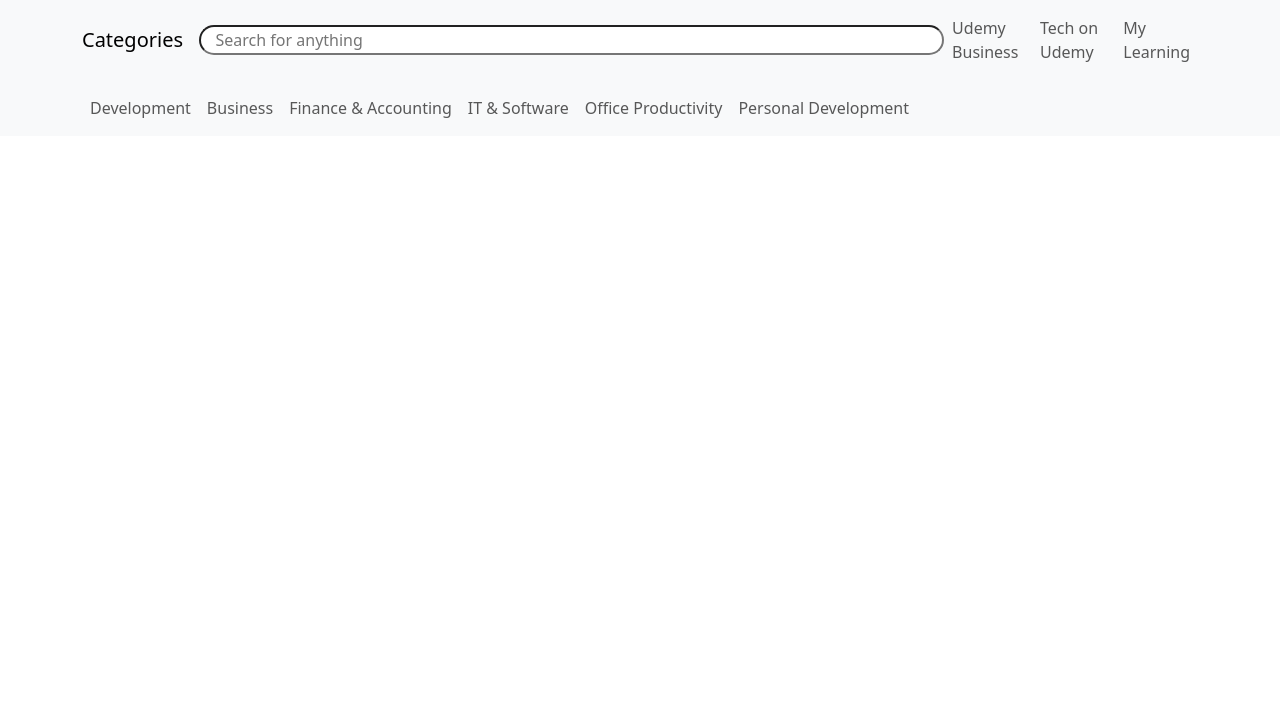
Repository: Taniafdes/newProject
Page: /
An editor plug-in stored every save of this project. The page is shown before and after the next save, followed by the edit.
The browser window is 1280 px wide. The pictures show the whole page.
The project was rebuilt for these pictures with package versions that can differ from the ones it lists, and the page was loaded fresh each time. The framework's server and built-in components were replaced by stand-ins that run in the browser. Also part of the build but not shown: next.config.js.

Above is the page before, as saved 2023-06-15 16:34:57.

### pages/_app.js
import Head from "next/head";
import Script from "next/script";
import 'bootstrap/dist/css/bootstrap.css'
import 'bootstrap/dist/css/bootstrap.min.css'
function MyApp({ Component, pageProps }) {
  return (
    <>
      <Head>
        <meta name="viewport" content="width=device-width, initial-scale=1" />
      </Head>

      <Script
        src="https://cdn.jsdelivr.net/npm/bootstrap@5.0.0-beta1/dist/js/bootstrap.bundle.min.js"
        integrity="sha384-ygbV9kiqUc6oa4msXn9868pTtWMgiQaeYH7/t7LECLbyPA2x65Kgf80OJFdroafW"
        crossOrigin="anonymous"
      />
      <Component {...pageProps} />
    </>
  );
}
export default MyApp;

### pages/index.js
import React from 'react'
import MyFirst from '../components/MyFirst'

const index = () => {
  return (
    <div>
    <MyFirst />
    </div>
  )
}

export default index

### components/MyFirst.js
import React from 'react'
import Home from '../pages/home/home'
import NavBarComponent from '../pages/home/navbar'

function MyFirst() {
  return (
    <div>
        <NavBarComponent />
    </div>
  )
}

export default MyFirst

### pages/home/navbar.js
import React from 'react'
import Container from 'react-bootstrap/Container';
import Nav from 'react-bootstrap/Nav';
import Navbar from 'react-bootstrap/Navbar';
// import Image from 'next/image';

const NavBarComponent = () => {
  return (
    <div>
    <Navbar bg="light" expand="lg">
      <Container>
       {/* <Image src="/public/images/udemy.jpg" /> */}
        <Navbar.Brand href="#home">Categories</Navbar.Brand>
        <input type="input" id="exampleInputEmail1"  placeholder="   Search for anything"  className='w-100 rounded rounded-5'/>
        <Navbar.Toggle aria-controls="basic-navbar-nav" />
        <Navbar.Collapse id="basic-navbar-nav">
          <Nav className="me-auto">
            <Nav.Link href="#home">Udemy Business</Nav.Link>
            <Nav.Link href="#link">Tech on Udemy</Nav.Link>
            <Nav.Link href="#link">My Learning</Nav.Link>
            <i class="bi bi-heart"></i>
          </Nav>
        </Navbar.Collapse>
      </Container>
    </Navbar>
    <Navbar bg="light" expand="lg">
      <Container>
      <Nav className='justify-content-center'>
            <Nav.Link href="#home">Development</Nav.Link>
            <Nav.Link href="#link">Business</Nav.Link>
            <Nav.Link href="#link">Finance & Accounting</Nav.Link>
            <Nav.Link href="#home">IT & Software</Nav.Link>
            <Nav.Link href="#link">Office Productivity</Nav.Link>
            <Nav.Link href="#link">Personal Development</Nav.Link>
            </Nav>
      </Container>
    </Navbar>
    </div>
  )

}
export default NavBarComponent

### pages/home/home.js
import { Carousel } from 'antd';
import { Card } from 'react-bootstrap';
const contentStyle = {
  margin: 0,
  height: '540px',
  color: '#fff',
  lineHeight: '160px',
  textAlign: 'center',
  background: '#364d79',
};
const Home = () => {
  const onChange = (currentSlide) => {
    console.log(currentSlide);
  };
  return (
    <Carousel afterChange={onChange}>
      <div>
        <img src='' style={contentStyle} />
        <Card.Body>
        <Card.Title>You did it, Tania</Card.Title>
        <Card.Text>
        Nice work completing your course. Now, discover the next course to boost your skills.
        </Card.Text>
      </Card.Body>
      </div>
      <div>
        <img src='' style={contentStyle}/>
        <Card.Body>
        <Card.Title>We missed you, Tania</Card.Title>
        <Card.Text>Get back on track and achieve your goals. 5–10 minutes a day will do.
        </Card.Text>
      </Card.Body>
      </div>
      <div>
        <img src='' style={contentStyle}/>
        <Card.Body>
        <Card.Title>Skills for your future</Card.Title>
        <Card.Text>Expand your potential with a course for as little as ₹529. Sale ends June 16.
        </Card.Text>
      </Card.Body>
      </div>
    </Carousel>
  );
};
export default Home;

After the next save:
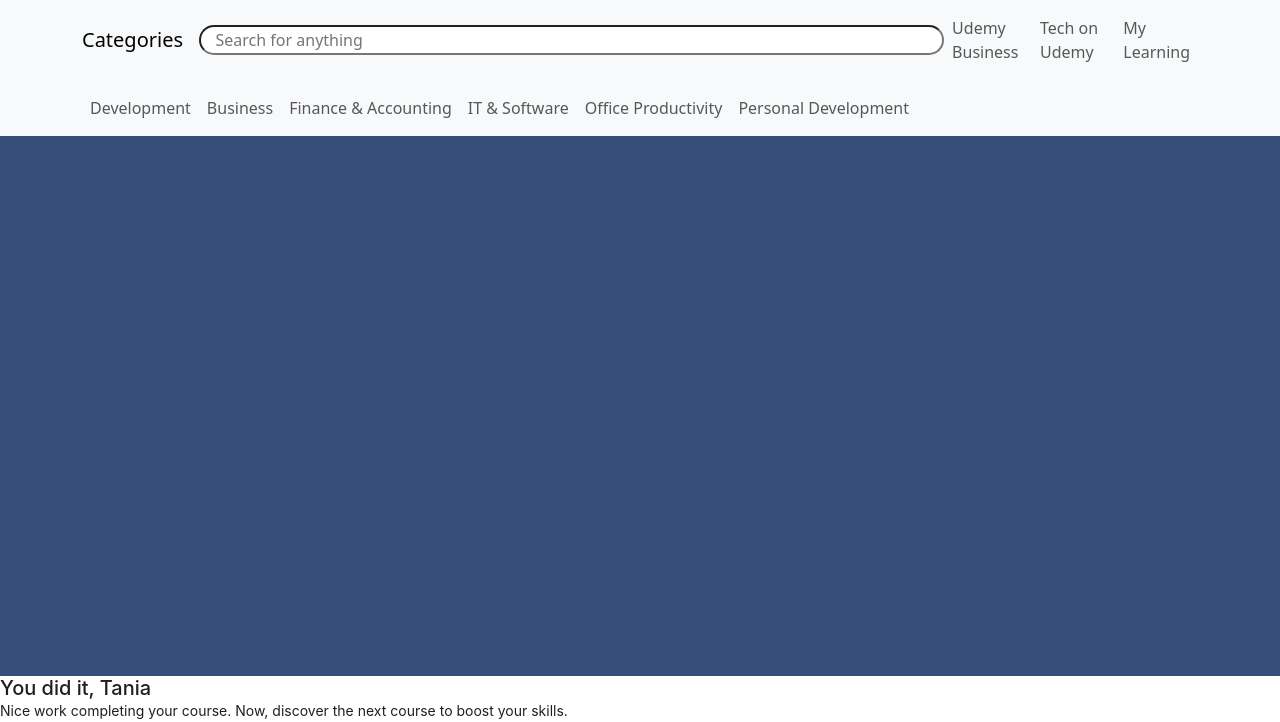
Saved 5 s later.
--- a/components/MyFirst.js
+++ b/components/MyFirst.js
@@ -6,6 +6,7 @@
   return (
     <div>
         <NavBarComponent />
+        <Home />
     </div>
   )
 }
